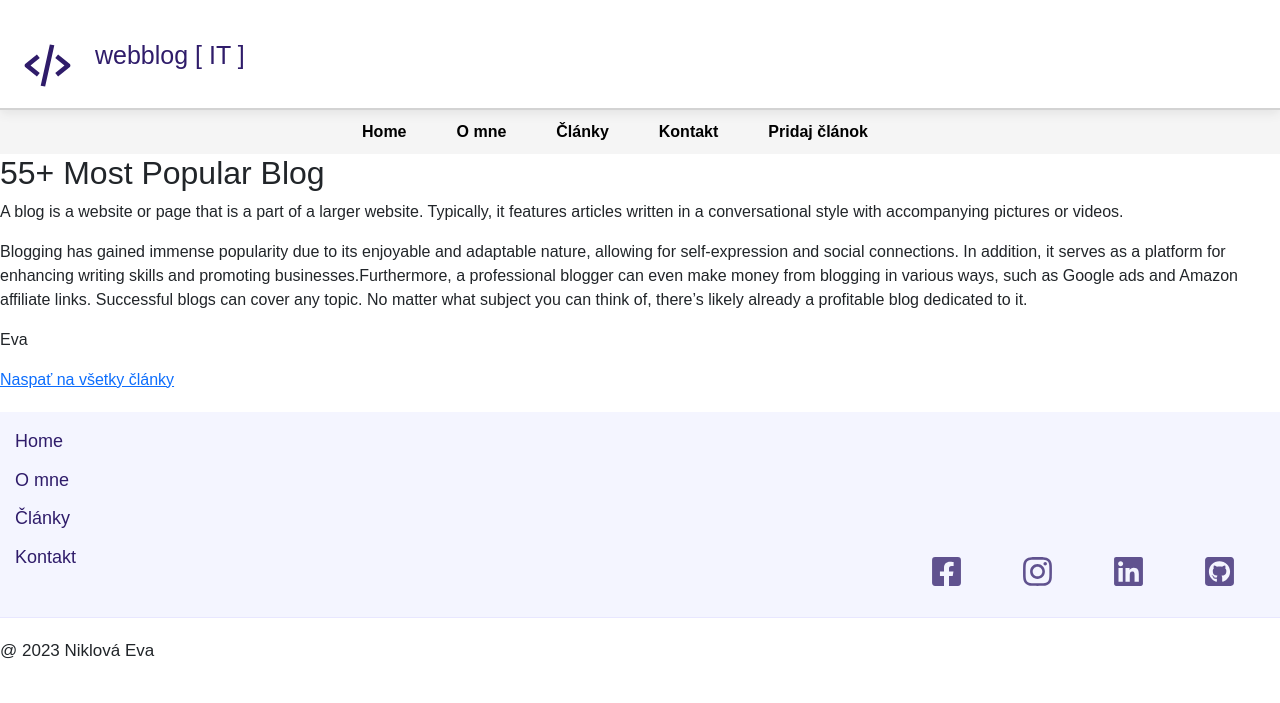
Repository: eniklova/github-bl
Page: /all-articles/1
These files come from the project's save history. The page is drawn as it stood at one moment and after the next save; the edit follows.
The browser window is 1280 px wide. The pictures show the whole page.
Some web fonts or font styles are not loaded; a fallback is used. The project was rebuilt for these pictures with package versions that can differ from the ones it lists, and the page was loaded fresh each time. Also part of the build but not shown: src/services/api.js, src/components/ArticleList.js, src/components/HeroSlider.css, src/components/HeroSlider.js, src/pages/Home.js, src/pages/Aboutme.js, src/pages/Articles.js, src/pages/Kontakt.js and 2 more.

Above is the page before, as saved 2023-10-09 13:53:56.

After the next save:
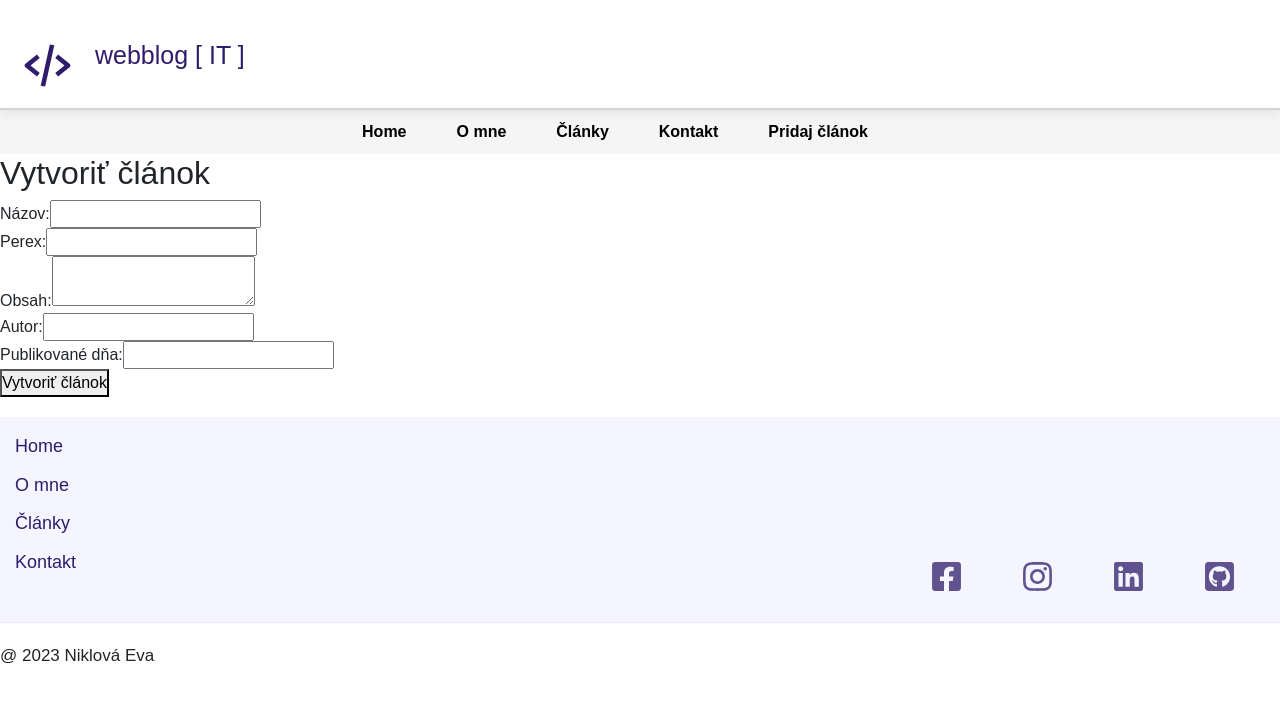
Saved 36 s later.
--- a/src/components/OneArticel.js
+++ b/src/components/OneArticel.js
@@ -1,24 +1,106 @@
-import { useParams } from "react-router-dom"
-import { Link } from "react-router-dom"
-import articles from "../data"
+import React, { useState } from 'react';
 
-const OneArticel = () => {
+function ArticleForm() {
+  const [formData, setFormData] = useState({
+    title: '',
+    perex: '',
+    content: '',
+    author: '',
+    published_at: '',
+  });
 
-    const {articleID} = useParams()
+  const handleChange = (e) => {
+    const { name, value } = e.target;
+    setFormData({
+      ...formData,
+      [name]: value,
+    });
+  };
 
-    const oneSpecificArticel = articles.find( (OneArticel) => {
-      return OneArticel.id === parseInt(articleID)
-    })
+  const handleSubmit = async (e) => {
+    e.preventDefault();
 
-    const {title, perex, content, author } = oneSpecificArticel
+    const headers = {
+      'Content-Type': 'application/json',
+      Accept: 'application/json',
+    };
 
-  return <section>
-    <h2>{title}</h2>
-    <p>{perex}</p>
-    <p>{content}</p>
-    <p>{author}</p>
-    <Link to="/articles">Naspať na všetky články</Link>
-  </section>
+    try {
+      const response = await fetch('https://example.com/api/articles', {
+        method: 'POST',
+        headers: headers,
+        body: JSON.stringify(formData),
+      });
+
+      if (response.ok) {
+        console.log('Článok bol úspešne vytvorený');
+      } else {
+        console.error('Chyba pri vytváraní článku');
+      }
+    } catch (error) {
+      console.error('Chyba pri komunikácii s API:', error);
+    }
+  };
+
+  return (
+    <div>
+      <h2>Vytvoriť článok</h2>
+      <form onSubmit={handleSubmit}>
+        <div>
+          <label htmlFor="title">Názov:</label>
+          <input
+            type="text"
+            id="title"
+            name="title"
+            value={formData.title}
+            onChange={handleChange}
+          />
+        </div>
+        <div>
+          <label htmlFor="perex">Perex:</label>
+          <input
+            type="text"
+            id="perex"
+            name="perex"
+            value={formData.perex}
+            onChange={handleChange}
+          />
+        </div>
+        <div>
+          <label htmlFor="content">Obsah:</label>
+          <textarea
+            id="content"
+            name="content"
+            value={formData.content}
+            onChange={handleChange}
+          />
+        </div>
+        <div>
+          <label htmlFor="author">Autor:</label>
+          <input
+            type="text"
+            id="author"
+            name="author"
+            value={formData.author}
+            onChange={handleChange}
+          />
+        </div>
+        <div>
+          <label htmlFor="published_at">Publikované dňa:</label>
+          <input
+            type="text"
+            id="published_at"
+            name="published_at"
+            value={formData.published_at}
+            onChange={handleChange}
+          />
+        </div>
+        <div>
+          <button type="submit">Vytvoriť článok</button>
+        </div>
+      </form>
+    </div>
+  );
 }
 
-export default OneArticel
+export default ArticleForm;
